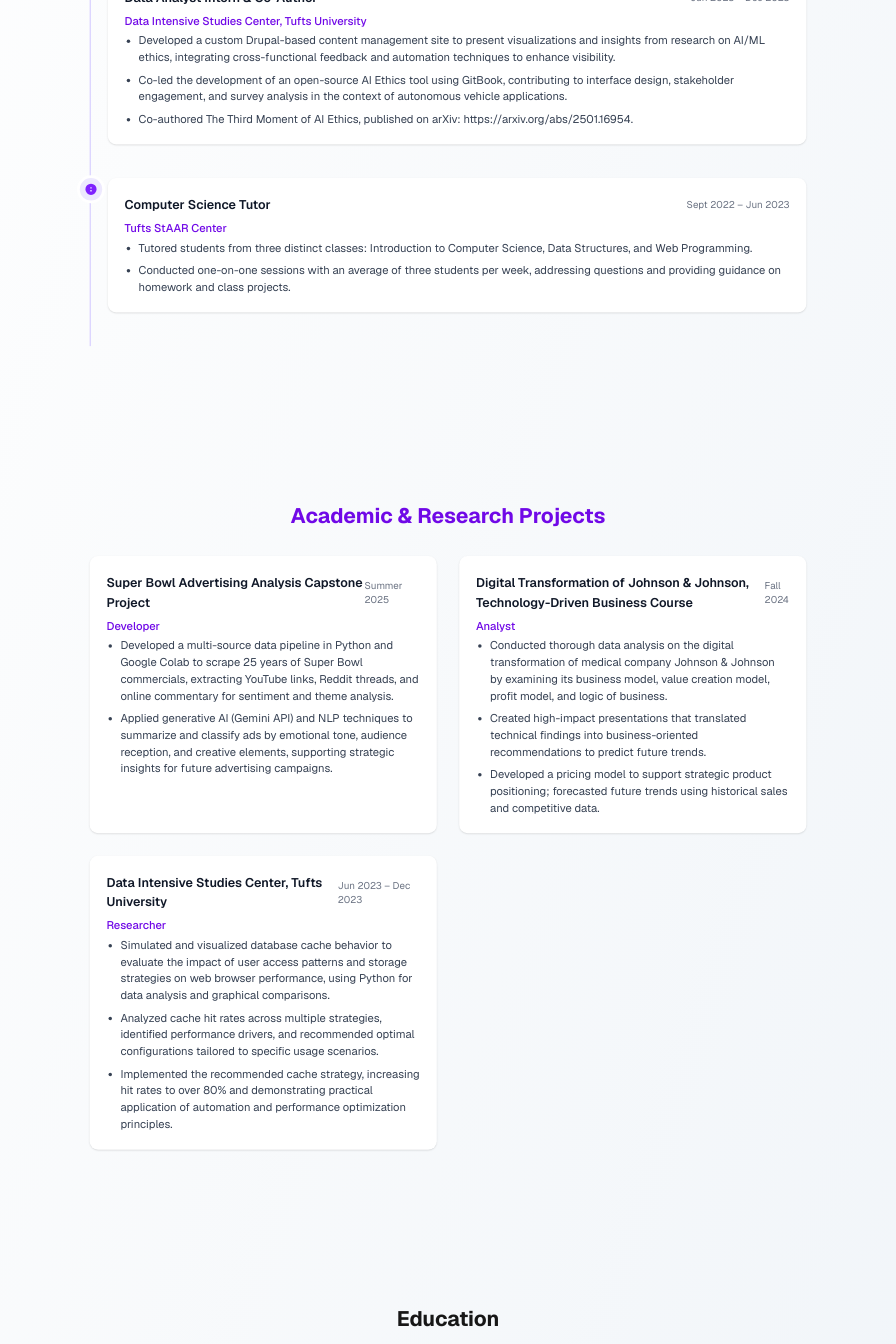
Repository: winniewyl/personal-portfolio
Page: /
These files come from the project's save history. The page is drawn as it stood at one moment and after the next save; the edit follows.
The browser window is 1280 px wide. The pictures show the part of the page from y = 1459 to 3379 px (the page is 3897 px tall before and 3657 px after), at 70% of full size.
The project was rebuilt for these pictures with package versions that can differ from the ones it lists, and the page was loaded fresh each time. The framework's server and built-in components were replaced by stand-ins that run in the browser. Also part of the build but not shown: next.config.ts.

Above is the page before, as saved 2025-07-22 11:45:50.

### src/app/page.tsx
import Hero from '../components/Hero';
import About from '../components/About';
import Projects from '../components/Projects';
import Contact from '../components/Contact';

const experienceData = [
  {
    org: 'Data Intensive Studies Center, Tufts University',
    title: 'Data Analyst Intern & Co-Author',
    date: 'Jun 2023 – Dec 2023',
    highlights: [
      'Developed a custom Drupal-based content management site to present visualizations and insights from research on AI/ML ethics, integrating cross-functional feedback and automation techniques to enhance visibility.',
      'Co-led the development of an open-source AI Ethics tool using GitBook, contributing to interface design, stakeholder engagement, and survey analysis in the context of autonomous vehicle applications.',
      'Co-authored The Third Moment of AI Ethics, published on arXiv: https://arxiv.org/abs/2501.16954.',
    ],
  },
  {
    org: 'Tufts StAAR Center',
    title: 'Computer Science Tutor',
    date: 'Sept 2022 – Jun 2023',
    highlights: [
      'Tutored students from three distinct classes: Introduction to Computer Science, Data Structures, and Web Programming.',
      'Conducted one-on-one sessions with an average of three students per week, addressing questions and providing guidance on homework and class projects.',
    ],
  },
];

const projectData = [
  {
    title: 'Super Bowl Advertising Analysis Capstone Project',
    role: 'Developer',
    date: 'Summer 2025',
    highlights: [
      'Developed a multi-source data pipeline in Python and Google Colab to scrape 25 years of Super Bowl commercials, extracting YouTube links, Reddit threads, and online commentary for sentiment and theme analysis.',
      'Applied generative AI (Gemini API) and NLP techniques to summarize and classify ads by emotional tone, audience reception, and creative elements, supporting strategic insights for future advertising campaigns.',
    ],
  },
  {
    title:
      'Digital Transformation of Johnson & Johnson, Technology-Driven Business Course',
    role: 'Analyst',
    date: 'Fall 2024',
    highlights: [
      'Conducted thorough data analysis on the digital transformation of medical company Johnson & Johnson by examining its business model, value creation model, profit model, and logic of business.',
      'Created high-impact presentations that translated technical findings into business-oriented recommendations to predict future trends.',
      'Developed a pricing model to support strategic product positioning; forecasted future trends using historical sales and competitive data.',
    ],
  },
  {
    title: 'Data Intensive Studies Center, Tufts University',
    role: 'Researcher',
    date: 'Jun 2023 – Dec 2023',
    highlights: [
      'Simulated and visualized database cache behavior to evaluate the impact of user access patterns and storage strategies on web browser performance, using Python for data analysis and graphical comparisons.',
      'Analyzed cache hit rates across multiple strategies, identified performance drivers, and recommended optimal configurations tailored to specific usage scenarios.',
      'Implemented the recommended cache strategy, increasing hit rates to over 80% and demonstrating practical application of automation and performance optimization principles.',
    ],
  },
];

export default function Home() {
  return (
    <div className="font-sans min-h-screen flex flex-col bg-gradient-to-br from-white via-slate-50 to-slate-100 dark:from-[#18181c] dark:via-[#1a1a22] dark:to-[#101014]">
      {/* Navbar */}
      <nav className="w-full flex items-center justify-between py-6 px-8 border-b border-gray-100 dark:border-gray-800 bg-white/80 dark:bg-[#101010]/80 backdrop-blur z-10 sticky top-0">
        <div className="text-2xl font-extrabold text-violet-600 tracking-tight">
          WW
        </div>
        <ul className="flex gap-8 text-base font-medium text-gray-900 dark:text-white">
          <li>
            <a
              href="#about"
              className="hover:text-violet-600 transition-colors"
            >
              About
            </a>
          </li>
          <li>
            <a
              href="#experience"
              className="hover:text-violet-600 transition-colors"
            >
              Experience
            </a>
          </li>
          <li>
            <a
              href="#projects"
              className="hover:text-violet-600 transition-colors"
            >
              Projects
            </a>
          </li>
          <li>
            <a
              href="#education"
              className="hover:text-violet-600 transition-colors"
            >
              Education
            </a>
          </li>
          <li>
            <a
              href="#contact"
              className="hover:text-violet-600 transition-colors"
            >
              Contact
            </a>
          </li>
        </ul>
      </nav>
      {/* Main Content */}
      <main className="flex-1 w-full flex flex-col items-center px-4 sm:px-0">
        <section className="w-full flex flex-col items-center justify-center py-20 sm:py-28 bg-transparent">
          <Hero name="Winnie Wang" role="AI Product Analyst" />
        </section>
        <section
          id="about"
          className="w-full flex flex-col items-center py-20 sm:py-28 max-w-5xl mx-auto scroll-mt-24"
        >
          <About />
        </section>
        {/* Experience Section */}
        <section
          id="experience"
          className="w-full flex flex-col items-center py-20 sm:py-28 max-w-5xl mx-auto scroll-mt-24"
        >
          <h2 className="text-3xl font-bold mb-10 text-violet-700 dark:text-violet-400">
            Internship & Professional Experience
          </h2>
          <ol className="relative border-l-2 border-violet-200 dark:border-violet-700">
            {experienceData.map((exp, idx) => (
              <li key={exp.title} className="mb-12 ml-6">
                <span className="absolute flex items-center justify-center w-8 h-8 bg-violet-100 rounded-full -left-4 ring-4 ring-white dark:ring-[#18181c]">
                  <svg
                    className="w-5 h-5 text-violet-600"
                    fill="currentColor"
                    viewBox="0 0 20 20"
                  >
                    <path d="M10 2a8 8 0 100 16 8 8 0 000-16zm1 11H9v-2h2v2zm0-4H9V7h2v2z" />
                  </svg>
                </span>
                <div className="bg-white dark:bg-[#232336] rounded-xl shadow p-6">
                  <div className="flex flex-col sm:flex-row sm:items-center sm:justify-between mb-2">
                    <span className="font-semibold text-lg text-gray-900 dark:text-white">
                      {exp.title}
                    </span>
                    <span className="text-sm text-gray-500 dark:text-gray-400">
                      {exp.date}
                    </span>
                  </div>
                  <div className="text-md font-medium text-violet-700 dark:text-violet-300 mb-1">
                    {exp.org}
                  </div>
                  <ul className="list-disc pl-5 space-y-2 text-gray-700 dark:text-gray-300">
                    {exp.highlights.map((h, i) => (
                      <li key={i}>{h}</li>
                    ))}
                  </ul>
                </div>
              </li>
            ))}
          </ol>
        </section>
        {/* Projects Section */}
        <section
          id="projects"
          className="w-full flex flex-col items-center py-20 sm:py-28 max-w-5xl mx-auto scroll-mt-24"
        >
          <h2 className="text-3xl font-bold mb-10 text-violet-700 dark:text-violet-400">
            Academic & Research Projects
          </h2>
          <div className="grid md:grid-cols-2 gap-8 w-full">
            {projectData.map((proj, idx) => (
              <div
                key={proj.title}
                className="bg-white dark:bg-[#232336] rounded-xl shadow p-6 flex flex-col"
              >
                <div className="flex flex-col sm:flex-row sm:items-center sm:justify-between mb-2">
                  <span className="font-semibold text-lg text-gray-900 dark:text-white">
                    {proj.title}
                  </span>
                  <span className="text-sm text-gray-500 dark:text-gray-400">
                    {proj.date}
                  </span>
                </div>
                <div className="text-md font-medium text-violet-700 dark:text-violet-300 mb-1">
                  {proj.role}
                </div>
                <ul className="list-disc pl-5 space-y-2 text-gray-700 dark:text-gray-300">
                  {proj.highlights.map((h, i) => (
                    <li key={i}>{h}</li>
                  ))}
                </ul>
              </div>
            ))}
          </div>
        </section>
        <section
          id="education"
          className="w-full flex flex-col items-center py-20 sm:py-28 max-w-5xl mx-auto scroll-mt-24"
        >
          <h2 className="text-3xl font-bold mb-4">Education</h2>
          <p className="max-w-xl text-center text-gray-700 dark:text-gray-300">
            Add your education here.
          </p>
        </section>
        <section
          id="contact"
          className="w-full flex flex-col items-center py-20 sm:py-28 max-w-5xl mx-auto scroll-mt-24"
        >
          <Contact />
        </section>
      </main>
    </div>
  );
}

### src/components/Hero.tsx
import React from 'react';

interface HeroProps {
  name: string;
  role: string;
}

const Hero: React.FC<HeroProps> = ({ name, role }) => (
  <section className="flex flex-col items-center justify-center gap-4 py-8 w-full">
    <h1 className="text-4xl sm:text-5xl font-bold text-center">{name}</h1>
    <h2 className="text-xl sm:text-2xl font-medium text-center text-gray-600 dark:text-gray-300">
      {role}
    </h2>
  </section>
);

export default Hero;

### src/components/About.tsx
import React from 'react';

const aboutData = [
  {
    icon: (
      <span className="bg-blue-100 text-blue-600 rounded-xl p-2 mr-2">
        {/* AI Icon */}
        <svg width="32" height="32" fill="none" viewBox="0 0 24 24">
          <path
            fill="currentColor"
            d="M12 2a10 10 0 100 20 10 10 0 000-20zm1 17.93V20a1 1 0 11-2 0v-.07A8.001 8.001 0 014.07 13H4a1 1 0 110-2h.07A8.001 8.001 0 0111 4.07V4a1 1 0 112 0v.07A8.001 8.001 0 0119.93 11H20a1 1 0 110 2h-.07A8.001 8.001 0 0113 19.93z"
          ></path>
        </svg>
      </span>
    ),
    title: 'AI & Machine Learning',
    skills: [
      {
        name: 'Neural Networks',
        desc: 'Deep learning architectures and training',
      },
      {
        name: 'Computer Vision',
        desc: 'Image processing and object detection',
      },
      { name: 'TensorFlow/PyTorch', desc: 'ML framework expertise' },
      { name: 'Model Optimization', desc: 'Performance tuning and deployment' },
    ],
    color: 'blue',
  },
  {
    icon: (
      <span className="bg-fuchsia-100 text-fuchsia-600 rounded-xl p-2 mr-2">
        {/* Full-Stack Icon */}
        <svg width="32" height="32" fill="none" viewBox="0 0 24 24">
          <path
            fill="currentColor"
            d="M12 2a10 10 0 100 20 10 10 0 000-20zm-1 17.93V20a1 1 0 102 0v-.07A8.001 8.001 0 0020 13h.07a1 1 0 100-2H20a8.001 8.001 0 00-7-7.93V4a1 1 0 10-2 0v.07A8.001 8.001 0 004 11H3.93a1 1 0 100 2H4a8.001 8.001 0 007 7.93z"
          ></path>
        </svg>
      </span>
    ),
    title: 'Full-Stack Development',
    skills: [
      { name: 'React.js/Next.js', desc: 'Modern frontend frameworks' },
      { name: 'Python/Flask', desc: 'Backend development and APIs' },
      { name: 'Database Design', desc: 'SQL and data architecture' },
      { name: 'Cloud Deployment', desc: 'Scalable application hosting' },
    ],
    color: 'fuchsia',
  },
  {
    icon: (
      <span className="bg-green-100 text-green-600 rounded-xl p-2 mr-2">
        {/* Data Science Icon */}
        <svg width="32" height="32" fill="none" viewBox="0 0 24 24">
          <circle cx="12" cy="12" r="10" fill="currentColor" opacity=".2" />
          <circle cx="12" cy="12" r="6" fill="currentColor" />
        </svg>
      </span>
    ),
    title: 'Data Science',
    skills: [
      { name: 'Data Analysis', desc: 'Statistical analysis and insights' },
      { name: 'Visualization', desc: 'Interactive charts and dashboards' },
      {
        name: 'Algorithm Design',
        desc: 'Efficient problem-solving approaches',
      },
      { name: 'Research Methods', desc: 'Scientific approach to development' },
    ],
    color: 'green',
  },
];

const About: React.FC = () => (
  <section className="w-full flex flex-col items-center">
    <h2 className="text-4xl font-extrabold text-center mb-4 mt-4 text-gray-900 dark:text-white">
      <span className="inline-block align-middle mr-2 text-blue-500">•</span>
      About Me
    </h2>
    <p className="text-lg text-center text-gray-700 dark:text-gray-300 max-w-2xl mb-12">
      Passionate about the intersection of artificial intelligence and product
      strategy. I build intelligent solutions that drive business value and user
      engagement.
    </p>
    <div className="w-full max-w-6xl flex flex-col md:flex-row gap-8 justify-center items-stretch">
      {aboutData.map((card, idx) => (
        <div
          key={card.title}
          className="flex-1 bg-white dark:bg-[#18181c] rounded-2xl shadow-md p-8 flex flex-col mb-4 md:mb-0 border border-gray-100 dark:border-gray-800 min-w-[260px] max-w-sm mx-auto"
        >
          <div className="flex items-center mb-4">
            {card.icon}
            <span className={`text-lg font-bold text-gray-900 dark:text-white`}>
              {card.title}
            </span>
          </div>
          <ul className="space-y-3">
            {card.skills.map((skill) => (
              <li key={skill.name} className="flex flex-col">
                <span
                  className={`font-semibold text-${card.color}-700 dark:text-${card.color}-400`}
                >
                  {skill.name}
                </span>
                <span className="text-gray-600 dark:text-gray-400 text-sm">
                  {skill.desc}
                </span>
              </li>
            ))}
          </ul>
        </div>
      ))}
    </div>
  </section>
);

export default About;

### src/components/Contact.tsx
import React from 'react';

const Contact: React.FC = () => (
  <section className="py-8 w-full flex flex-col items-center">
    <h2 className="text-2xl font-bold mb-4">Contact</h2>
    <p className="max-w-xl text-center text-gray-700 dark:text-gray-300">
      This is a placeholder for the Contact section. Add your contact form or
      details here.
    </p>
  </section>
);

export default Contact;

Loaded but not shown: src/app/layout.tsx (common file); src/app/globals.css (common file)

After the next save:
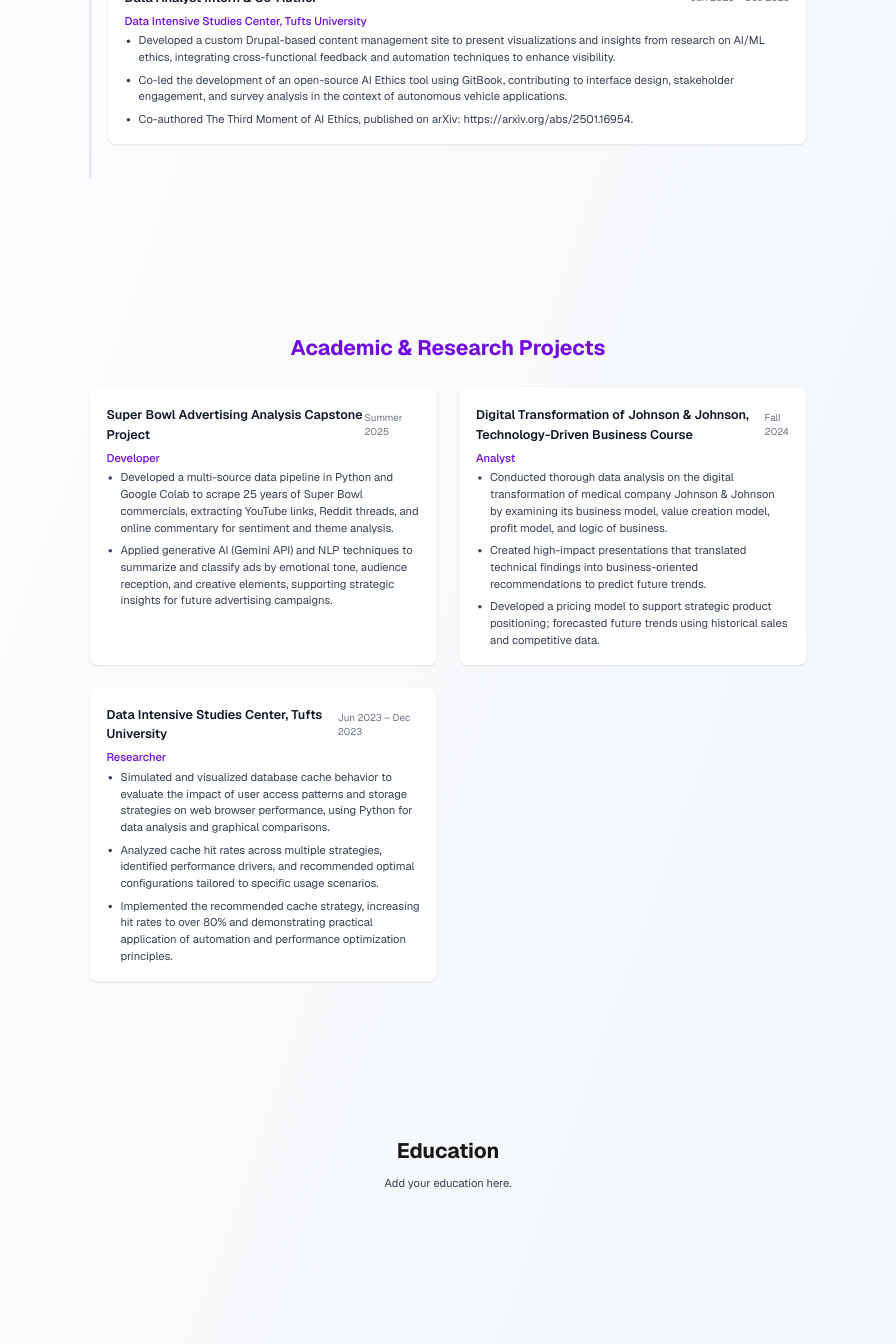
Saved 2 min 10 s later.
--- a/src/app/page.tsx
+++ b/src/app/page.tsx
@@ -12,15 +12,6 @@ const experienceData = [
       'Developed a custom Drupal-based content management site to present visualizations and insights from research on AI/ML ethics, integrating cross-functional feedback and automation techniques to enhance visibility.',
       'Co-led the development of an open-source AI Ethics tool using GitBook, contributing to interface design, stakeholder engagement, and survey analysis in the context of autonomous vehicle applications.',
       'Co-authored The Third Moment of AI Ethics, published on arXiv: https://arxiv.org/abs/2501.16954.',
-    ],
-  },
-  {
-    org: 'Tufts StAAR Center',
-    title: 'Computer Science Tutor',
-    date: 'Sept 2022 – Jun 2023',
-    highlights: [
-      'Tutored students from three distinct classes: Introduction to Computer Science, Data Structures, and Web Programming.',
-      'Conducted one-on-one sessions with an average of three students per week, addressing questions and providing guidance on homework and class projects.',
     ],
   },
 ];
